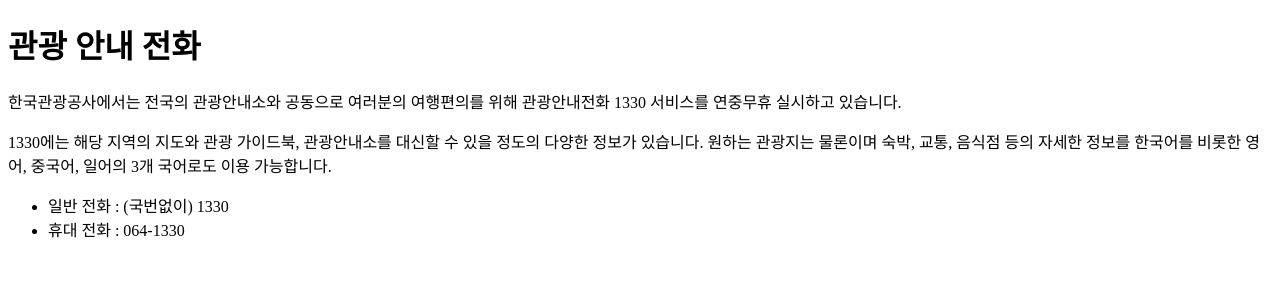
Repository: seulhwangbo/SeulJSP
Page: jspSrc17/webStandard01/src/main/webapp/02/ul.html
An editor plug-in stored every save of this project. The page is shown before and after the next save, followed by the edit.
The browser window is 1280 px wide. The pictures show the whole page.

Above is the page before, as saved 2024-06-13 05:15:26.

After the next save:
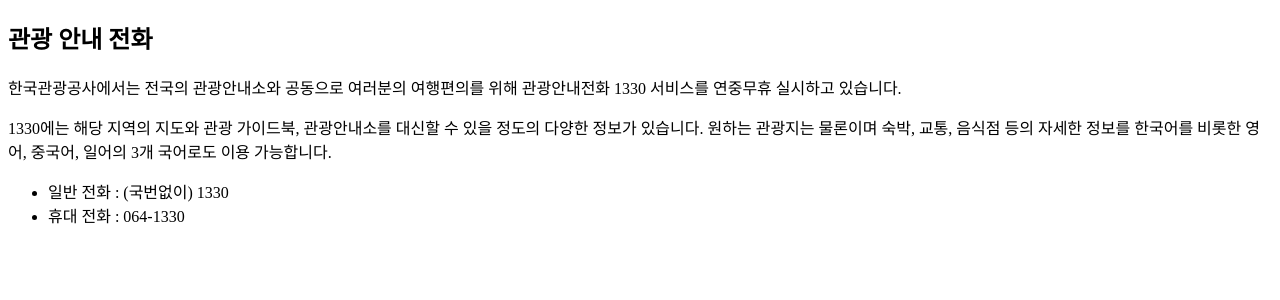
Saved 50 s later.
--- a/jspSrc17/webStandard01/src/main/webapp/02/ul.html
+++ b/jspSrc17/webStandard01/src/main/webapp/02/ul.html
@@ -5,7 +5,7 @@
 <title>제주 관광 안내</title>
 </head>
 <body>
-	<h1>관광 안내 전화</h1>
+	<h2>관광 안내 전화</h2>
 	<p>한국관광공사에서는 전국의 관광안내소와 공동으로 여러분의 여행편의를 위해
 	   관광안내전화 1330 서비스를 연중무휴 실시하고 있습니다.</p>
 
